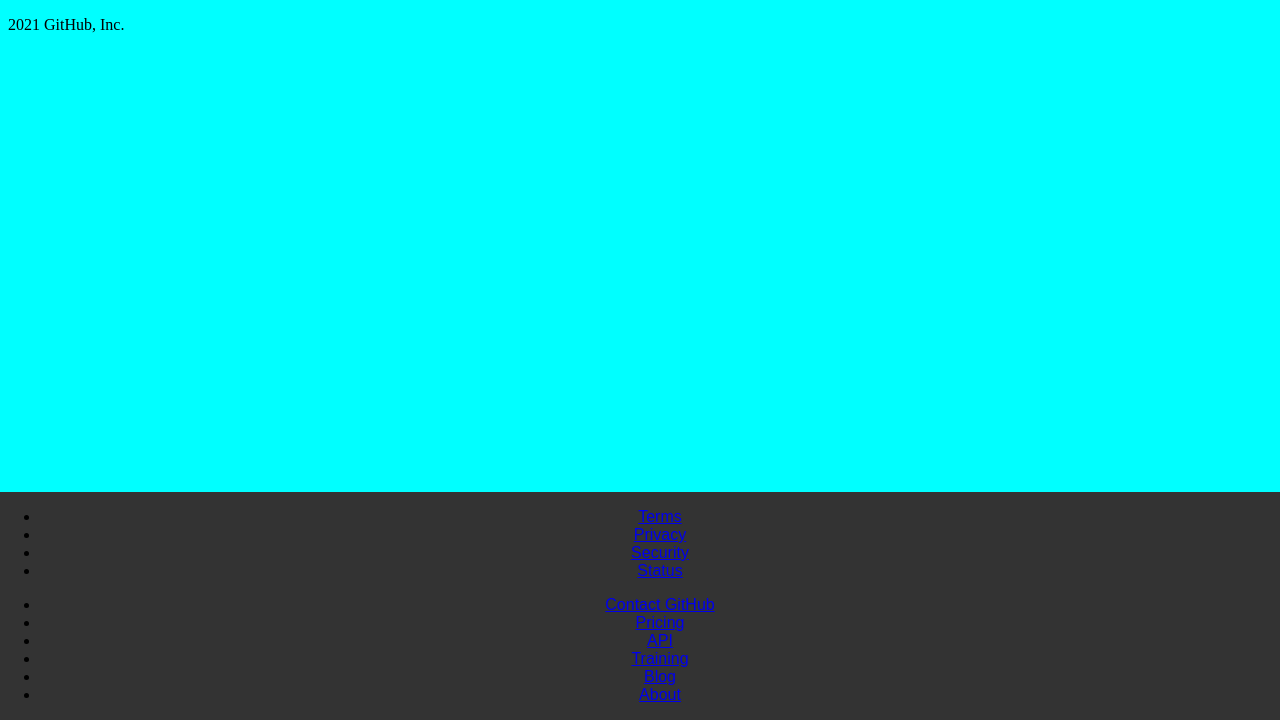
Repository: nss-evening-cohort-E23/gitsub-the-commit-commandos
Page: index.html
An editor plug-in stored every save of this project. The page is shown before and after the next save, followed by the edit.
The browser window is 1280 px wide. The pictures show the whole page.

Above is the page before, as saved 2023-05-08 20:33:43.

### index.html
<!DOCTYPE html>
<html lang="en">
<head>
  <meta charset="UTF-8">
  <meta http-equiv="X-UA-Compatible" content="IE=edge">
  <meta name="viewport" content="width=device-width, initial-scale=1.0">
  <title>Gitsub - Commit Commandos</title>
  <link rel="stylesheet" href="main.css">
</head>
<body>







  <footer>
    <div class="wrapper">
    <div class="copyright">
      <p>2021 GitHub, Inc.</p>
    </div>
    <div class="footerLinks">
      <ul>
        <li><a href="#">Terms</a>
        </li>
        <li><a href="#">Privacy</a>
        </li>
        <li><a href="#">Security</a>
        </li>
        <li><a href="#">Status</a>
        </li>
      </ul>

      <ul>
        <li><a href="#">Contact GitHub</a>
        </li>
        <li><a href="#">Pricing</a>
        </li>
        <li><a href="#">API</a>
        </li>
        <li><a href="#">Training</a>
        </li>
        <li><a href="#">Blog</a>
        </li>
        <li><a href="#">About</a>
        </li>
      </ul>
    </div>
    </div>

  </footer>

  <script src="main.js"></script>
</body>
</html>

### main.css
body{
  background-color: aqua;
}
/* .copyright {
  text-align: center;
} */

.footerLinks {
	background: #333333;
    position:absolute;
    bottom: 0;
    left: 0;
    right: 0;
    text-align: center;
    font-family: arial;
}

Loaded but not shown: main.js (empty)

After the next save:
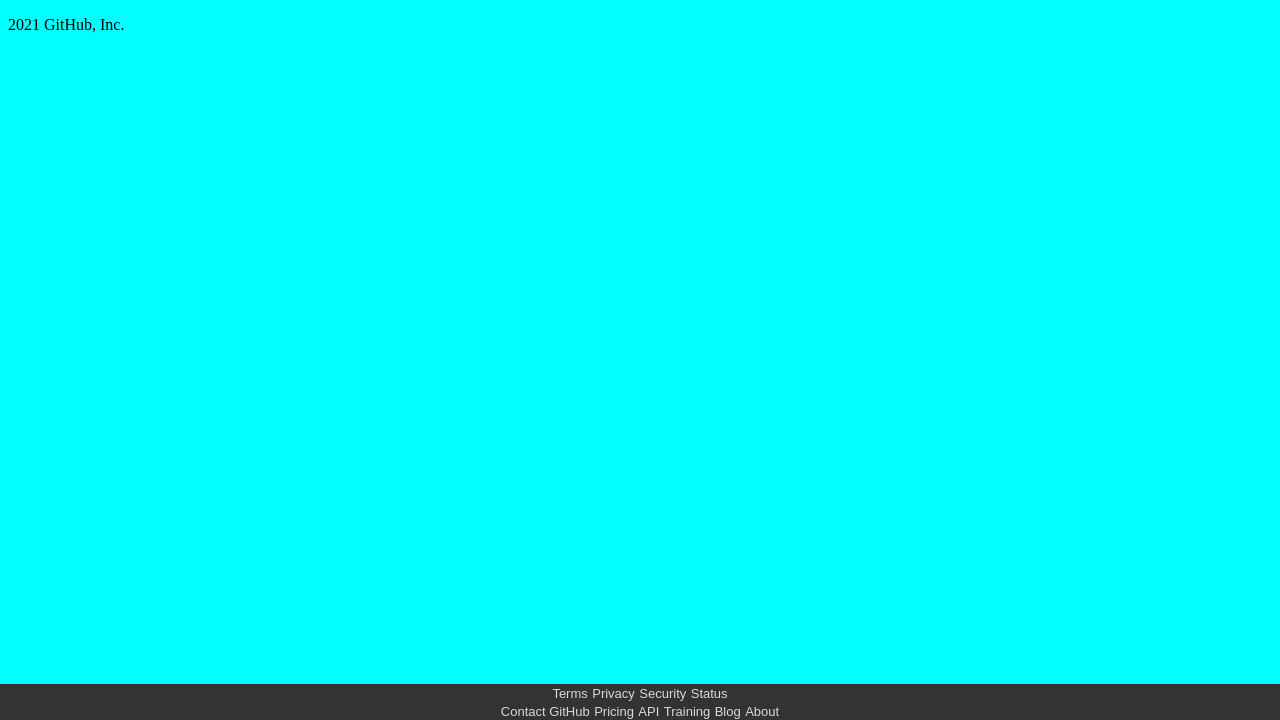
Saved 109 s later.
--- a/main.css
+++ b/main.css
@@ -14,3 +14,16 @@ body{
     text-align: center;
     font-family: arial;
 }
+.footerLinks ul {
+	padding: 0;
+    list-style-type: none;
+    margin: 0;
+}
+.footerLinks li {
+	display: inline;
+}
+.footerLinks a {
+	color: #d9d9d9;
+	text-decoration: none;
+	font-size: 13px;
+}
